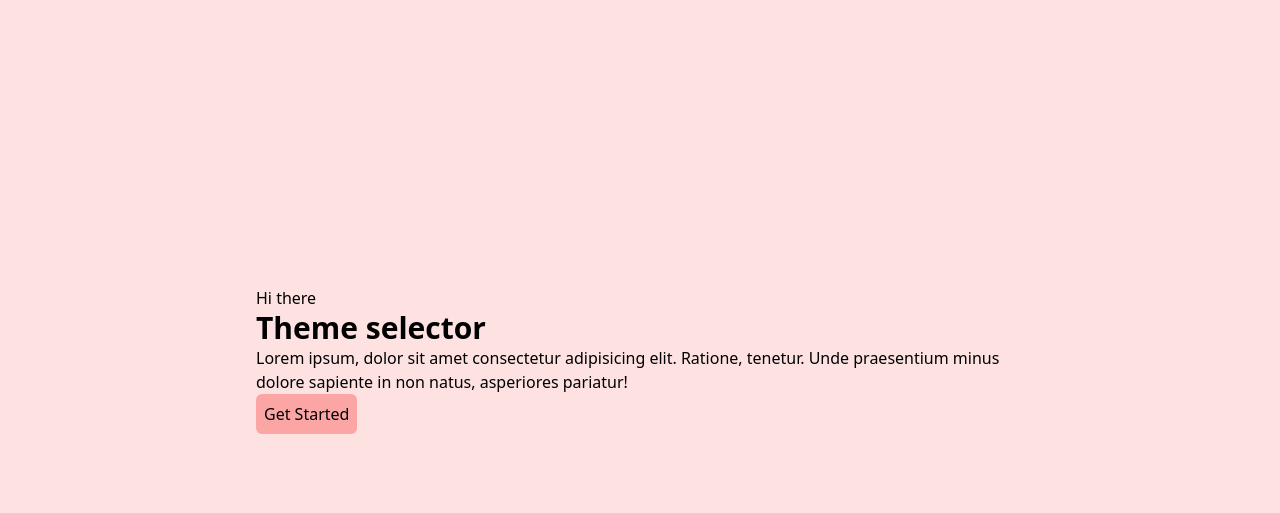
Repository: prince-bansal/tailwind-theme-switcher
Page: /
These files come from the project's save history. The page is drawn as it stood at one moment and after the next save; the edit follows.
The browser window is 1280 px wide. The pictures show the whole page.
The project was rebuilt for these pictures with package versions that can differ from the ones it lists, and the page was loaded fresh each time. Also part of the build but not shown: vite.config.ts, src/App.css.

Above is the page before, as saved 2024-03-17 19:08:36.

After the next save:
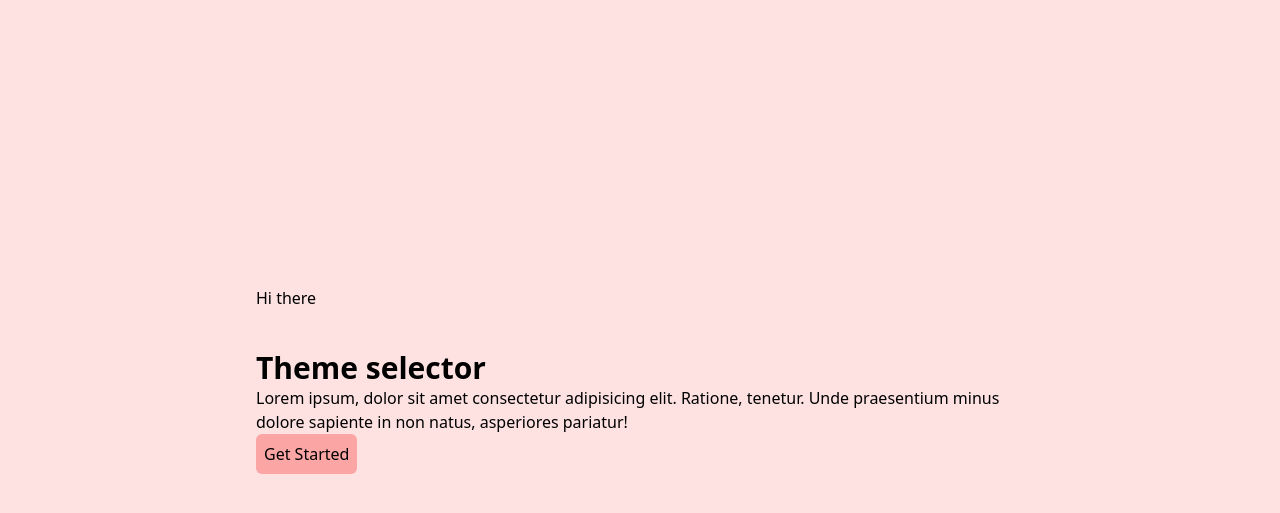
Saved 7 s later.
--- a/src/App.tsx
+++ b/src/App.tsx
@@ -5,7 +5,7 @@ function App() {
   return (
     <div className="bg-red-100 min-h-screen flex items-center justify-center">
       <div className='w-[60%] m-auto'>
-        <p>Hi there</p>
+        <p className='my-10'>Hi there</p>
         <h1 className="text-3xl font-bold">Theme selector</h1>
         <p>
           Lorem ipsum, dolor sit amet consectetur adipisicing elit. Ratione,
